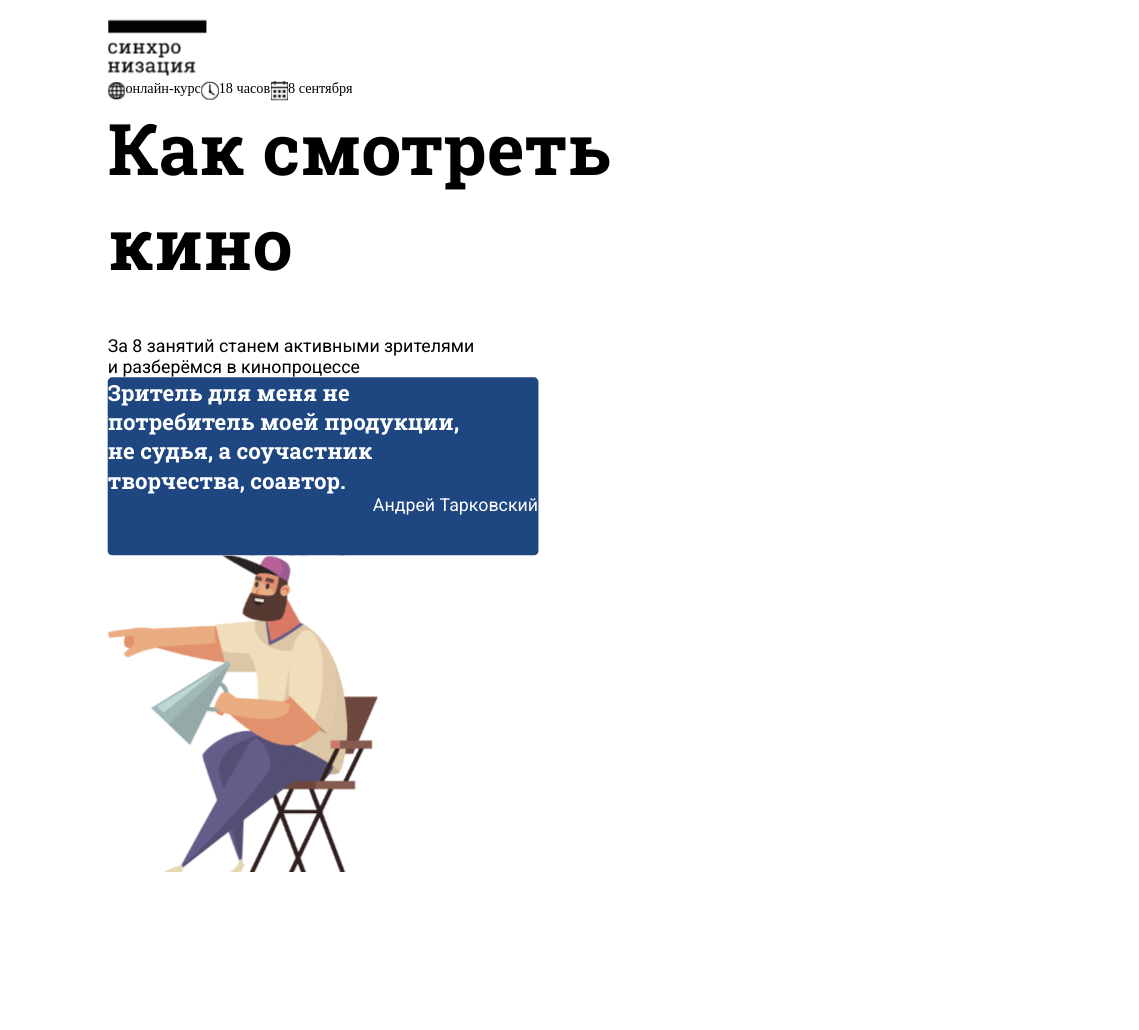
Repository: kubrazamanova/project1
Page: index.html
The author's editor kept a copy of each file at every save. The page is drawn from the files as they stood at one save, then again after a run of saves.
The browser window is 1280 px wide. The pictures show the whole page, at 89% of full size.

Above is the page before, as saved 2023-09-09 12:47:20.

After the next 2 saves:
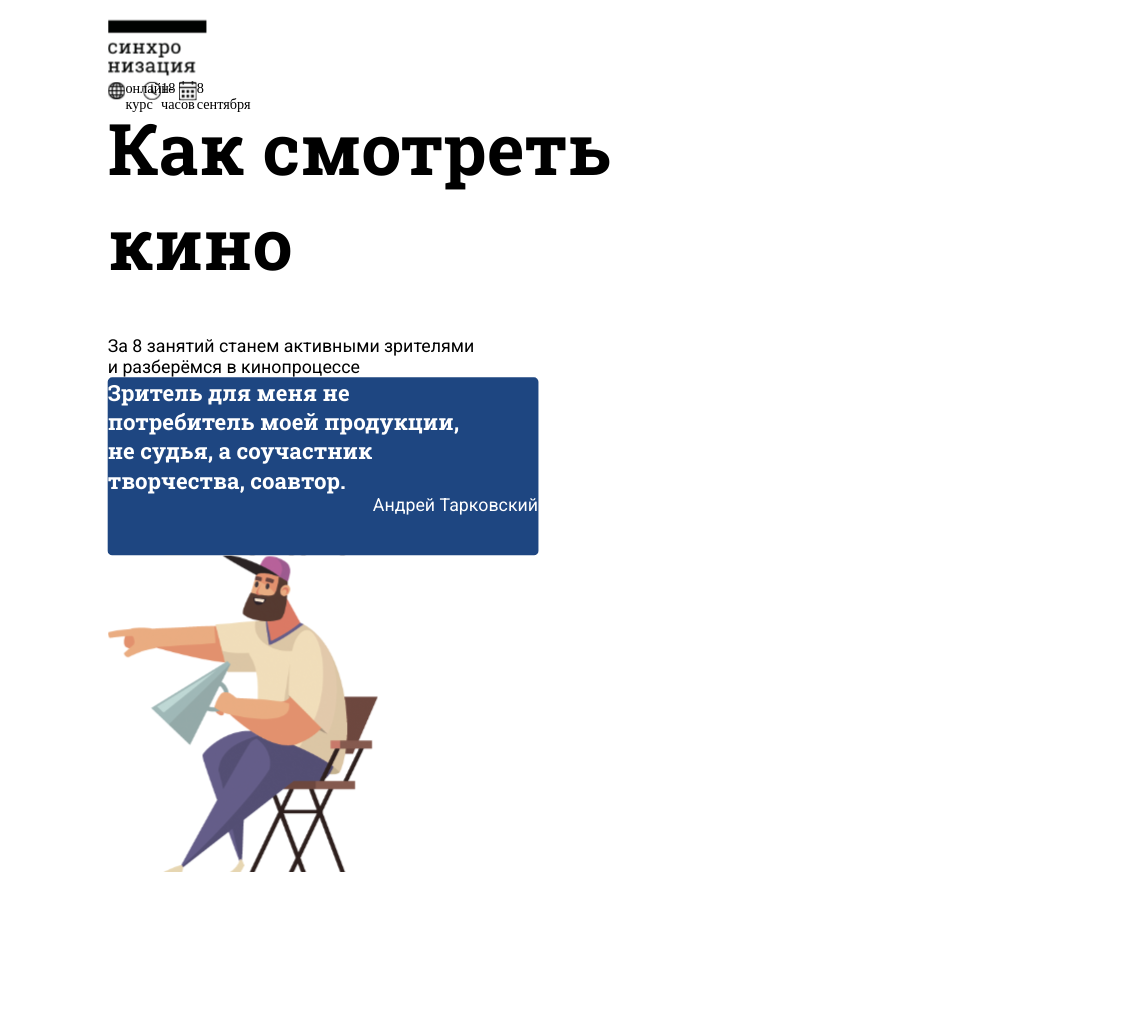
The 2 saves are shown as one change because they came seconds apart.
The last was saved 7 s later.
--- a/index.css
+++ b/index.css
@@ -18,6 +18,10 @@
 display: flex;
 }
 .container ul li img{
+    width: 20px;
+height: 22px;
+}
+.container ul li p{
     width: 20px;
 height: 22px;
 }
